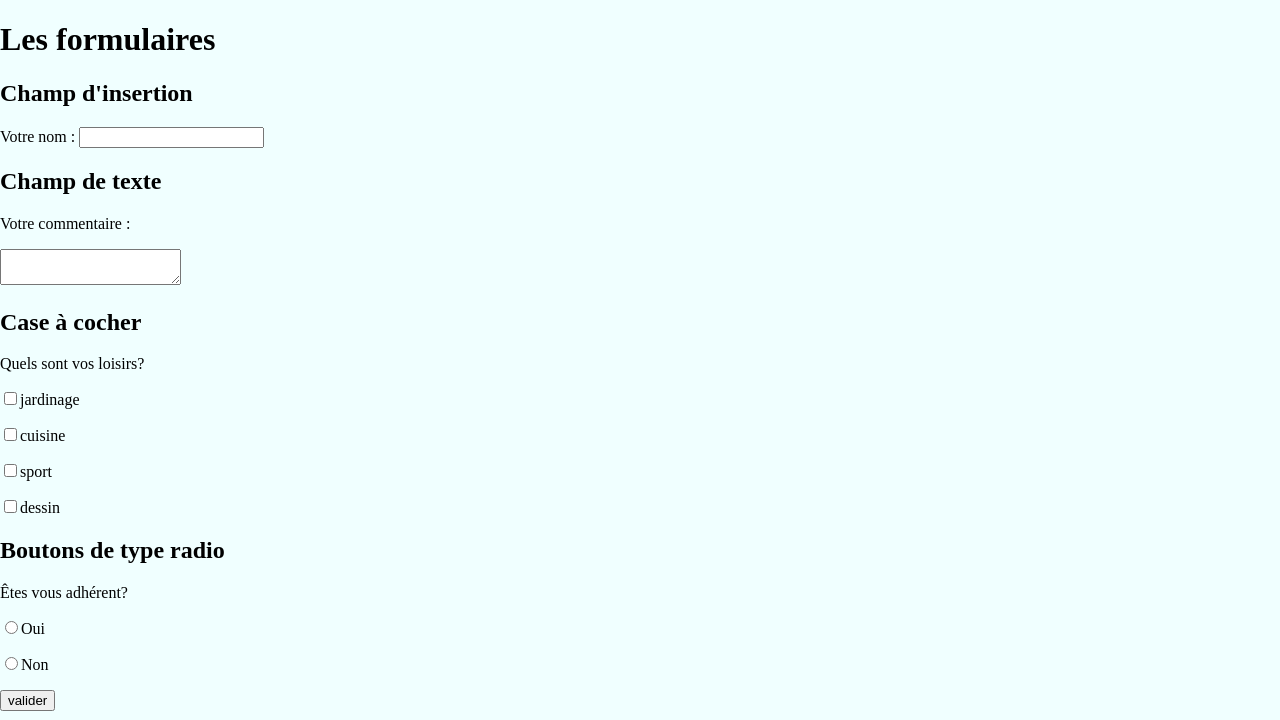
Repository: Luc010/Exercices
Page: HTML CSS/cours/formulaires/form.html
The author's editor kept a copy of each file at every save. The page is drawn from the files as they stood at one save, then again after a run of saves.
The browser window is 1280 px wide. The pictures show the whole page.

Above is the page before, as saved 2019-09-06 09:03:38.

### HTML CSS/cours/formulaires/form.html
<!DOCTYPE html>
<html lang="en">
<head>
    <meta charset="UTF-8">
    <meta name="viewport" content="width=device-width, initial-scale=1.0">
    <meta http-equiv="X-UA-Compatible" content="ie=edge">
    <title>Document</title>
    <style>
        body{
            padding: 0;
            margin: 0;
            background-color: azure;
        }
        form{
            padding: 0;
            margin: 0;
        }
    </style>
</head>
<body>
    <h1>Les formulaires</h1>
    <form action="" method="POST">
        <h2>Champ d'insertion</h2>
        <p>Votre nom : <input type="text"></p>
        <h2>Champ de texte</h2>
        <p>Votre commentaire :</p>
        <textarea></textarea>
        <h2>Case à cocher</h2>
        <p>Quels sont vos loisirs?
        <p><input type="checkbox" value="jardinage">jardinage</p>
        <p><input type="checkbox" value="cuisine">cuisine</p>
        <p><input type="checkbox" value="sport">sport</p>
        <p><input type="checkbox" value="dessin">dessin</p>
        </p>
        <h2>Boutons de type radio</h2>
        <p>Êtes vous adhérent?</p>
        <p><input type="radio" value="1">Oui</p>
        <p><input type="radio" value="0">Non</p>
        <input type="submit" value="valider"><!--<input type="reset" value="reset"> -->
    </form>
</body>
</html>

After the next 8 saves:
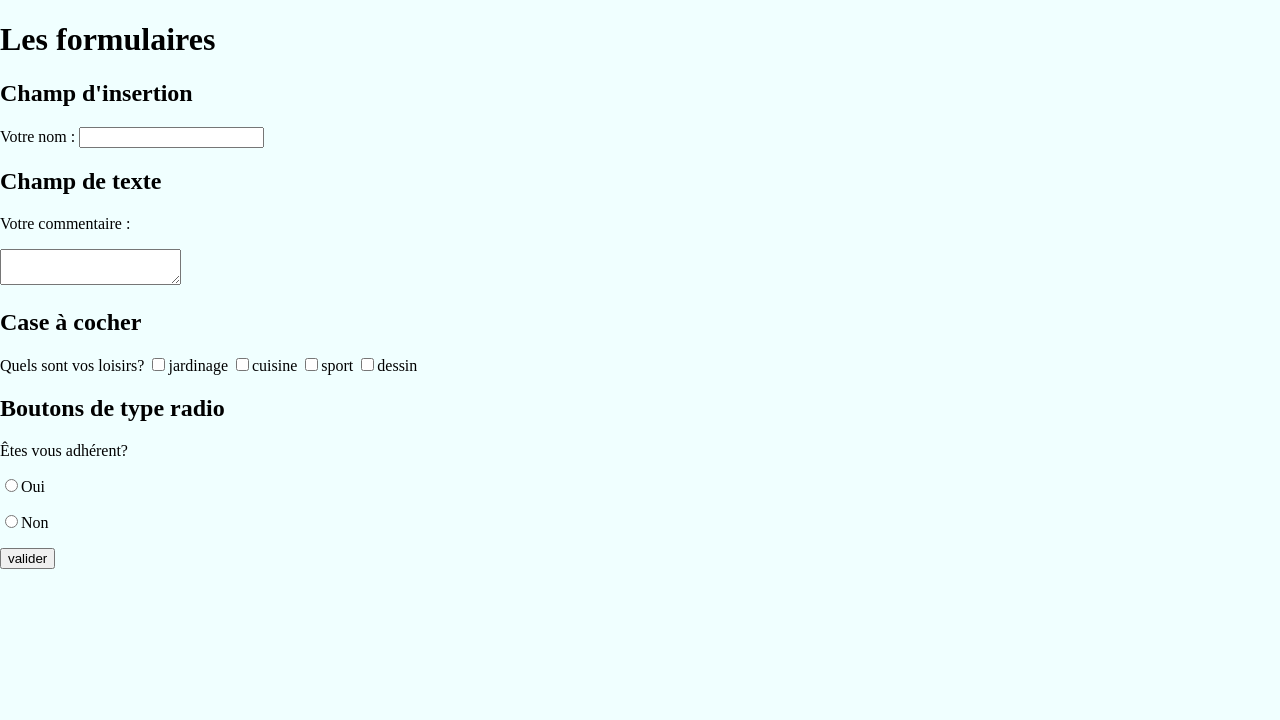
The 8 saves are shown as one change because they came seconds apart.
The last was saved 18 s later.
--- a/HTML CSS/cours/formulaires/form.html
+++ b/HTML CSS/cours/formulaires/form.html
@@ -27,10 +27,10 @@
         <textarea></textarea>
         <h2>Case à cocher</h2>
         <p>Quels sont vos loisirs?
-        <p><input type="checkbox" value="jardinage">jardinage</p>
-        <p><input type="checkbox" value="cuisine">cuisine</p>
-        <p><input type="checkbox" value="sport">sport</p>
-        <p><input type="checkbox" value="dessin">dessin</p>
+        <input type="checkbox" value="jardinage">jardinage
+        <input type="checkbox" value="cuisine">cuisine
+        <input type="checkbox" value="sport">sport
+        <input type="checkbox" value="dessin">dessin
         </p>
         <h2>Boutons de type radio</h2>
         <p>Êtes vous adhérent?</p>
